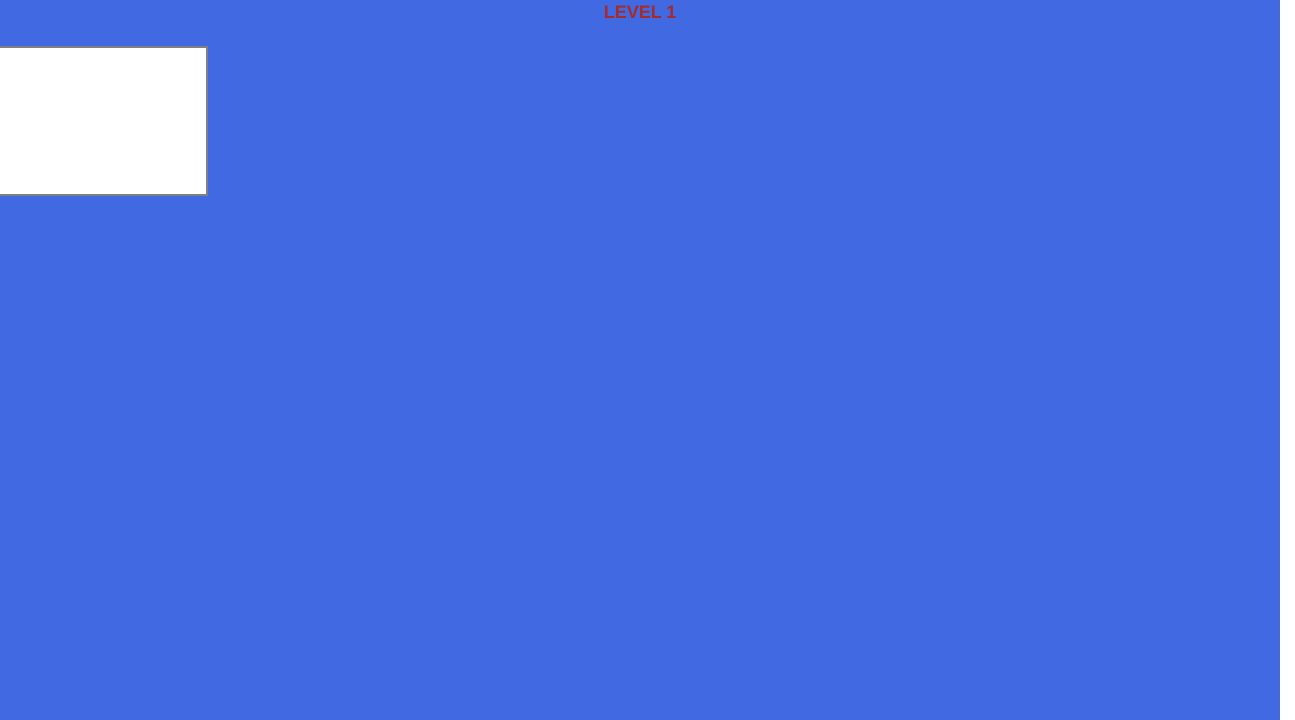
Repository: Shenba-Ps/Jsp-Servlet-B
Page: http://localhost/Test/Booking.jsp
An editor plug-in stored every save of this project. The page is shown before and after a run of saves, followed by the edit.
The browser window is 1280 px wide. The page is 1295 px wide, so the pictures cover 1295 px, including what lies to the right of the window. The pictures show the whole page.
The page is served by Tomcat 9. Other server files are loaded and not shown.

Above is the page before, as saved 2023-06-15 13:13:26.

### Test/src/main/webapp/Booking.jsp
<!DOCTYPE HTML><%@page language="java"
	contentType="text/html; charset=ISO-8859-1" pageEncoding="ISO-8859-1"%>
<html>
<head>
<title>Booking</title>
<meta http-equiv="Content-Type" content="text/html; charset=ISO-8859-1">
<link rel="stylesheet" href="Plugins/Boostrap.css">
<link rel="stylesheet" href="Script/Common.css">
<script src="Plugins/jQuery.js"></script>
<script src="Plugins/bootstrap.js"></script>
<script src="Script/Booking.js"></script>
</head>
<body>
	<div style="height: 100vh; background-color: #4169E1;">
		<div>
			<div class="Title form-group" style="text-align: center;">LEVEL 1</div>
			<div class="row">
				<div class="col-md-2 Slot Free"></div>
			</div>
		</div>
		<!-- Modal -->
		<div class="modal fade" data-backdrop="static" id="mdlCustomerDetail"
			role="dialog">
			<div class="modal-dialog" style="width: 70%;">
				<!-- Modal content-->
				<div class="modal-content">
					<div class="modal-body">
						<div class="Title form-group" style="text-align: center;">Please
							enter your booking information</div>
						<div class="row form-group">
							<div class="col-xs-3 RightAlign">
								<label>Name</label>
							</div>
							<div class="col-xs-6">
								<input class="form-control" type="text" id="idName"
									name="nmName">
								<div class="ControlErrorMessage" id="errName"></div>
							</div>
						</div>
						<div class="row form-group">
							<div class="col-xs-3 RightAlign">
								<label>Address</label>
							</div>
							<div class="col-xs-6">
								<textarea class="form-control" id="idAddress" name="nmAddress"></textarea>
								<div class="ControlErrorMessage" id="errAddress"></div>
							</div>
						</div>
						<div class="row form-group">
							<div class="col-xs-3 RightAlign">
								<label>NRIC</label>
							</div>
							<div class="col-xs-6">
								<input class="form-control" type="text" id="idNRIC"
									name="nmNRIC">
								<div class="ControlErrorMessage" id="errNRIC"></div>
							</div>
						</div>
						<div class="row form-group">
							<div class="col-xs-3 RightAlign">
								<label>Usage Trade</label>
							</div>
							<div class="col-xs-6">
								<select class="form-control" name="UsageTrade" id="idUsageTrade">
									<option value="Credit Card Promotion">Credit Card
										Promotion</option>
									<option value="F&B">F&B</option>
									<option value="Hairdressing">Hairdressing</option>
									<option value="Clothing">Clothing</option>
									<option value="Others">Others</option>
								</select>
								<div class="ControlErrorMessage" id="errUserTrade"></div>
							</div>
						</div>
						<div class="row form-group">
							<div class="col-xs-3 RightAlign">
								<label>Others</label>
							</div>
							<div class="col-xs-6">
								<input class="form-control" type="text" id="idOthers"
									name="nmOthers">
								<div class="ControlErrorMessage" id="errOthers"></div>
							</div>
						</div>
						<div class="row form-group">
							<div class="col-xs-3 RightAlign">
								<label>Email</label>
							</div>
							<div class="col-xs-6">
								<input class="form-control" type="text" id="idEmail"
									name="nmEmail">
								<div class="ControlErrorMessage" id="errEmail"></div>
							</div>
						</div>
						<div class="row form-group">
							<div class="col-xs-3 RightAlign">
								<label>Home</label>
							</div>
							<div class="col-xs-6">
								<input class="form-control PhoneNumber" type="text"
									id="idHomeTel" name="nmHome" maxlength="8">
								<div class="ControlErrorMessage" id="errHomeTel"></div>
							</div>
						</div>
						<div class="row form-group">
							<div class="col-xs-3 RightAlign">
								<label>Office</label>
							</div>
							<div class="col-xs-6">
								<input class="form-control PhoneNumber" type="text"
									id="idOfficeTel" name="nmOffice" maxlength="8">
								<div class="ControlErrorMessage" id="errOfficeTel"></div>
							</div>
						</div>
						<div class="row form-group">
							<div class="col-xs-3 RightAlign">
								<label>Mobile</label>
							</div>
							<div class="col-xs-6">
								<input class="form-control PhoneNumber" type="text"
									id="idMobile" name="nmMobile" maxlength="8">
								<div class="ControlErrorMessage" id="errMobile"></div>
							</div>
						</div>
						<div class="row form-group">
							<div class="col-xs-3 RightAlign">
								<label>Booking Date</label>
							</div>
							<div class="col-xs-6">
								<input class="form-control" type="date" id="idBookingDate"
									name="nmBookingDate">
								<div class="ControlErrorMessage" id="errBookingDate"></div>
							</div>
						</div>
					</div>
					<div class="modal-footer">
						<button type="button" class="btn btn-primary"
							onclick="onclickBookSlot()">Book Slot</button>
						<button type="button" class="btn btn-primary" id="btnBookSlot"
							style="display: none;"></button>
						<div class="ControlErrorMessage" id="errBookingSlot"></div>
					</div>
				</div>
			</div>
		</div>
	</div>
</body>
</html>

### Test/src/main/webapp/Script/Common.css
.Title {
	font-size: 18px;
	color: brown;
	font-weight: bold;
}

.RightAlign {
	text-align: center;
}

.ControlError {
	border: 2px solid red;
}

.ControlErrorMessage {
	color: red;
	font-weight: 600;
}

.Slot {
	border: 2px solid gray;
	margin: 5px;
	height: 150px
}

.Free {
	background-color: white;
	color: white;
	font-weight: 600;
	text-align: center;
}

.Booked {
	background-color: gray;
	color: white;
	font-weight: 600;
	text-align: center;
}

### Test/src/main/webapp/Script/Booking.js
$(function() {
	//OpenCustomerDetail();
});

function OpenCustomerDetail() {
	$('#mdlCustomerDetail').modal('show');
}

function onclickBookSlot() {
	$('#idName').removeClass("ControlError");
	$('#errName').hide();
	$('#idAddress').removeClass("ControlError");
	$('#errAddress').hide();
	$('#idNRIC').removeClass("ControlError");
	$('#errNRIC').hide();
	$('#idUsageTrade').removeClass("ControlError");
	$('#errUsageTrade').hide();
	$('#idOthers').removeClass("ControlError");
	$('#errOthers').hide();
	$('#idEmail').removeClass("ControlError");
	$('#errEmail').hide();
	$('#idHomeTel').removeClass("ControlError");
	$('#errHomeTel').hide();
	$('#idNOfficeTel').removeClass("ControlError");
	$('#errOfficeTel').hide();
	$('#idMobile').removeClass("ControlError");
	$('#errMobile').hide();
	$('#idBookingDate').removeClass("ControlError");
	$('#errBookingDate').hide();
	if ($('#idName').val() == "") {
		$('#idName').addClass("ControlError");
		$('#errName').html("* Please enter your name");
		$('#errName').show();
	}
	if ($('#idAddress').val() == "") {
		$('#idAddress').addClass("ControlError");
		$('#errAddress').html("* Please enter your address");
		$('#errAddress').show();
	}
	if ($('#idNRIC').val() == "") {
		$('#idNRIC').addClass("ControlError");
		$('#errNRIC').html("* Please enter your NRIC");
		$('#errNRIC').show();
	}
	if ($('#idUsageTrade').val() == "") {
		$('#idUsageTrade').addClass("ControlError");
		$('#errUsageTrade').html("* Please select usage trade");
		$('#errUsageTrade').show();
	}
	if ($('#idOthers').val() == "") {
		$('#idOthers').addClass("ControlError");
		$('#errOthers').html("* Please enter usage trade details");
		$('#errOthers').show();
	}
	if ($('#idEmail').val() == "") {
		$('#idEmail').addClass("ControlError");
		$('#errEmail').html("* Please enter your email");
		$('#errEmail').show();
	}
	if ($('#idHomeTel').val() == "") {
		$('#idHomeTel').addClass("ControlError");
		$('#errHomeTel').html("* Please enter your home number");
		$('#errHomeTel').show();
	}
	if ($('#idOfficeTel').val() == "") {
		$('#idOfficeTel').addClass("ControlError");
		$('#errOfficeTel').html("* Please enter your office number");
		$('#errOfficeTel').show();
	}
	if ($('#idMobile').val() == "") {
		$('#idMobile').addClass("ControlError");
		$('#errMobile').html("* Please enter your mobile number");
		$('#errMobile').show();
	}
	if ($('#idBookingDate').val() == "") {
		$('#idBookingDate').addClass("ControlError");
		$('#errBookingDate').html("* Please select booking date");
		$('#errBookingDate').show();
	}
}

Loaded but not shown: Test/src/main/webapp/Plugins/Boostrap.css (library); Test/src/main/webapp/Plugins/jQuery.js (library); Test/src/main/webapp/Plugins/bootstrap.js (library)

After the next 2 saves:
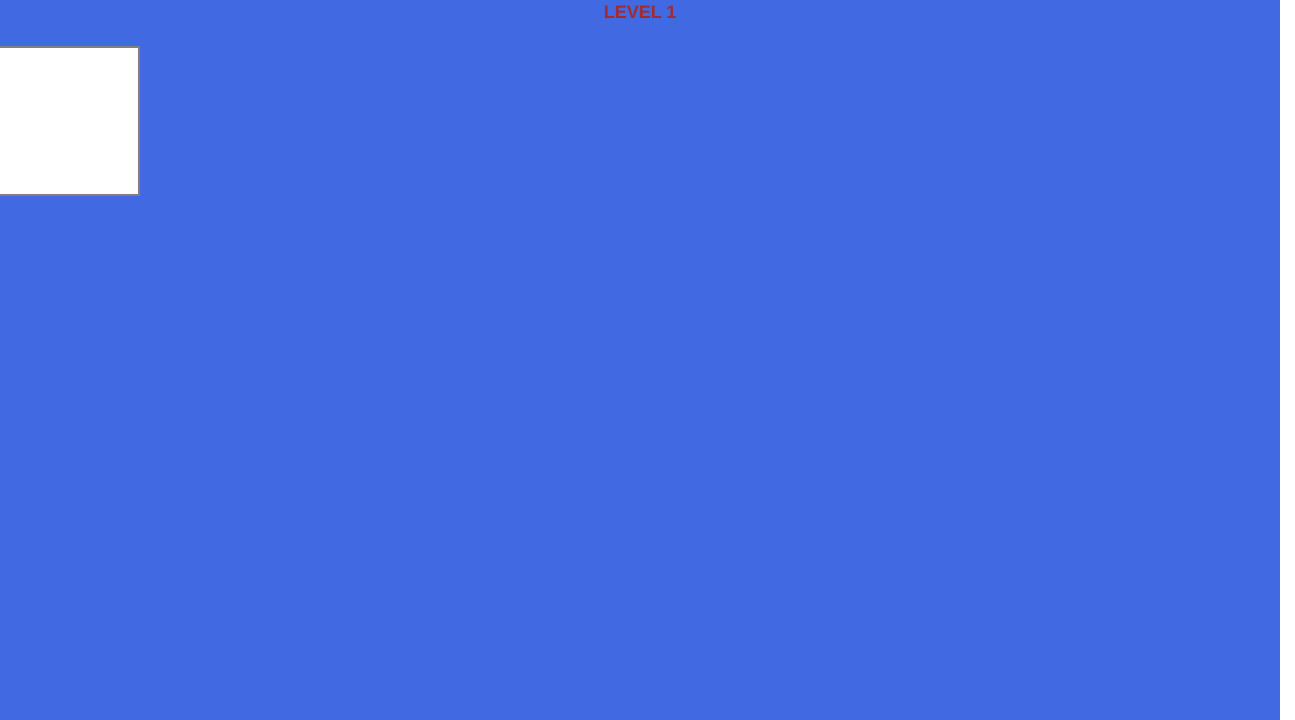
The 2 saves are shown as one change because they came seconds apart.
The last was saved 16 s later.
--- a/Test/src/main/webapp/Script/Common.css
+++ b/Test/src/main/webapp/Script/Common.css
@@ -20,7 +20,8 @@
 .Slot {
 	border: 2px solid gray;
 	margin: 5px;
-	height: 150px
+	height: 150px;
+	width: 150px;
 }
 
 .Free {
